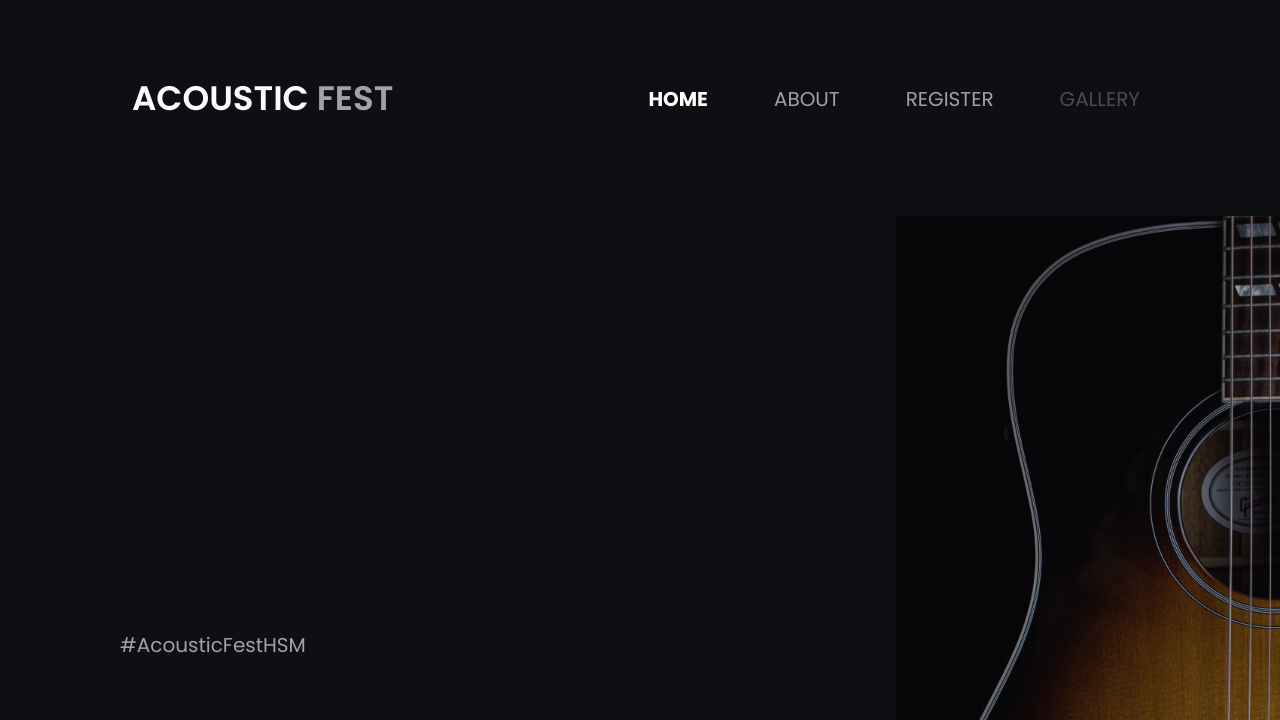
Repository: piyushiso/piyushiso.github.io
Page: event/acousticfest/index.html
The author's editor kept a copy of each file at every save. The page is drawn from the files as they stood at one save, then again after a run of saves.
The browser window is 1280 px wide. The pictures show the whole page.
Some web fonts or font styles are not loaded; a fallback is used.

Above is the page before, as saved 2022-05-19 14:10:31.

After the next 2 saves:
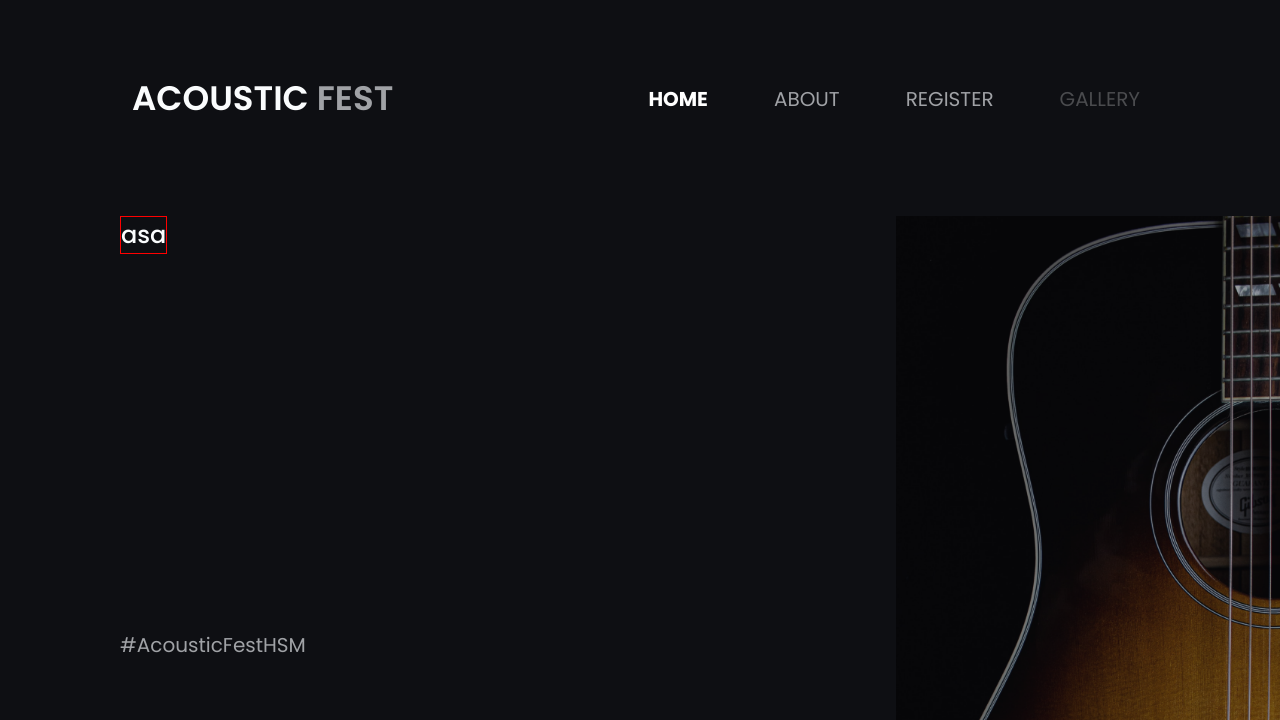
The 2 saves are shown as one change because they came seconds apart.
The last was saved 7 s later.
--- a/event/acousticfest/styles/style.css
+++ b/event/acousticfest/styles/style.css
@@ -86,7 +86,7 @@ nav{
     border: solid thin red;
     z-index: 3;
     position: absolute;
-    top: 10%;
+    top: 30%;
 }
 
 .hashtag{
